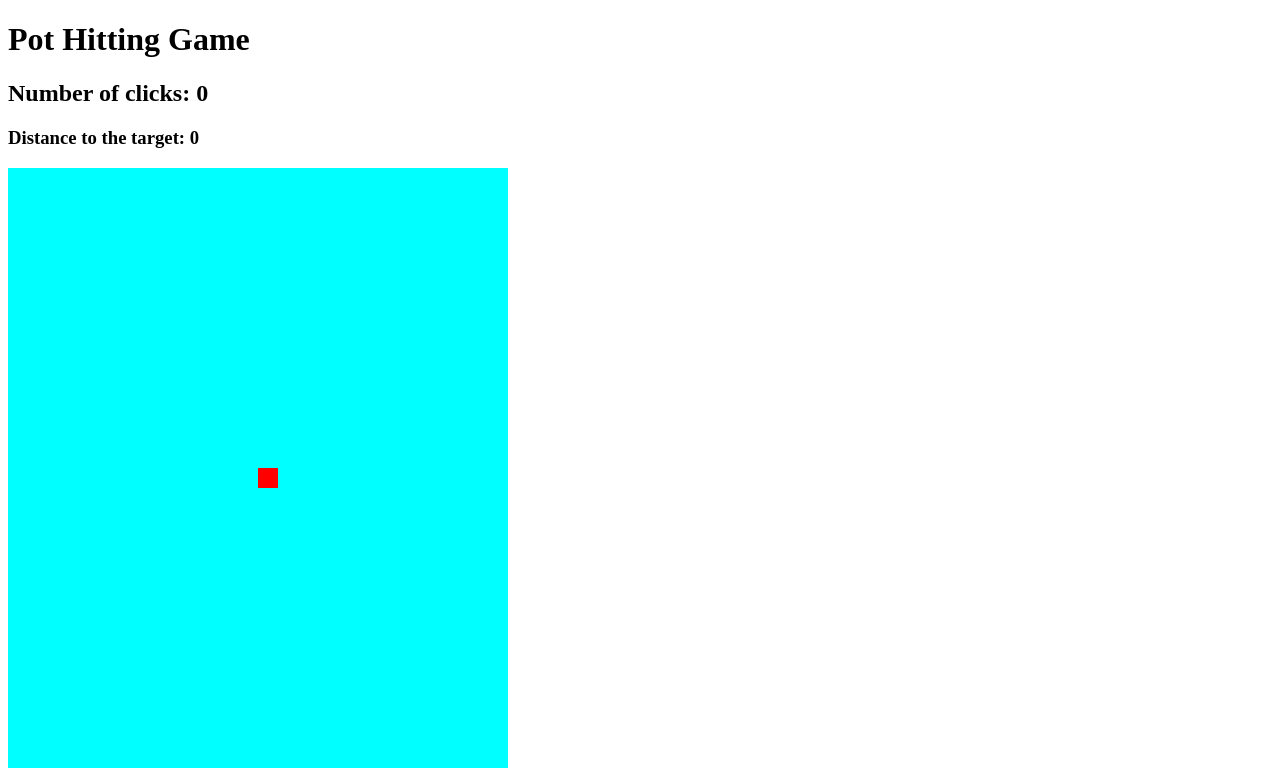
Repository: manojsatya/Web_development
Page: PotHitting_game/index.html
The author's editor kept a copy of each file at every save. The page is drawn from the files as they stood at one save, then again after the next save.
The browser window is 1280 px wide. The pictures show the whole page.

Above is the page before, as saved 2019-06-03 11:33:41.

### PotHitting_game/index.html
<!DOCTYPE html>
<html lang="en">
<head>
    <meta charset="UTF-8">
    <meta name="viewport" content="width=device-width, initial-scale=1.0">
    <meta http-equiv="X-UA-Compatible" content="ie=edge">
    <title>Pot Hitting Game</title>

    <link rel="stylesheet" href="potplay.css">
</head>
<body>

    <h1 class="head">Pot Hitting Game</h1>
    <h2> Number of clicks: <span id="clicks">0</span></h2>
    <h3>Distance to the target: <span>0</span></h3>
    <div onclick="showCoords(event)" class="playarea">  </div>
    <div class="target"></div>

    <!-- <h2 onclick="showCoords(event)">Click this heading to get the x (horizontal) and y (vertical) coordinates of the mouse pointer when it was clicked.</h2>

    <p><strong>Tip:</strong> Try to click different places in the heading.</p>
 -->
    <p id="demo"></p>

    <script src="potplay.js"></script>


</body>
</html>

### PotHitting_game/potplay.css
.playarea{
    position: absolute;
    width: 500px;
    height: 600px;
    background-color: aqua;
    text-align: center;
    margin: 0 auto;
}


/* .head{
    text-align: center;
} */

.target{
    position: relative;
    width: 20px;
    height: 20px;
    background-color:red;
    top: 300px;
    left: 250px;

}

### PotHitting_game/potplay.js
var playarea = document.querySelector(".playarea");
var targetarea = document.querySelector(".target");
var clicktext = document.getElementById("clicks");
var x;
var y;


var clickCount = 0;

playarea.addEventListener("click", function(){
    clickCount++ ;
    clicktext.textContent = clickCount;
    /* var coor = "X coords: " + x + ", Y coords: " + y;
    console.log(coor); */
});

targetarea.addEventListener("click", function(){
    alert("Clicked the target area");
});

function showCoords(event) {
    x = event.clientX;
    y = event.clientY;
    var coords = "X coords: " + x + ", Y coords: " + y;

    console.log(coords);

    //document.getElementById("demo").innerHTML = coords;
  }

After the next save:
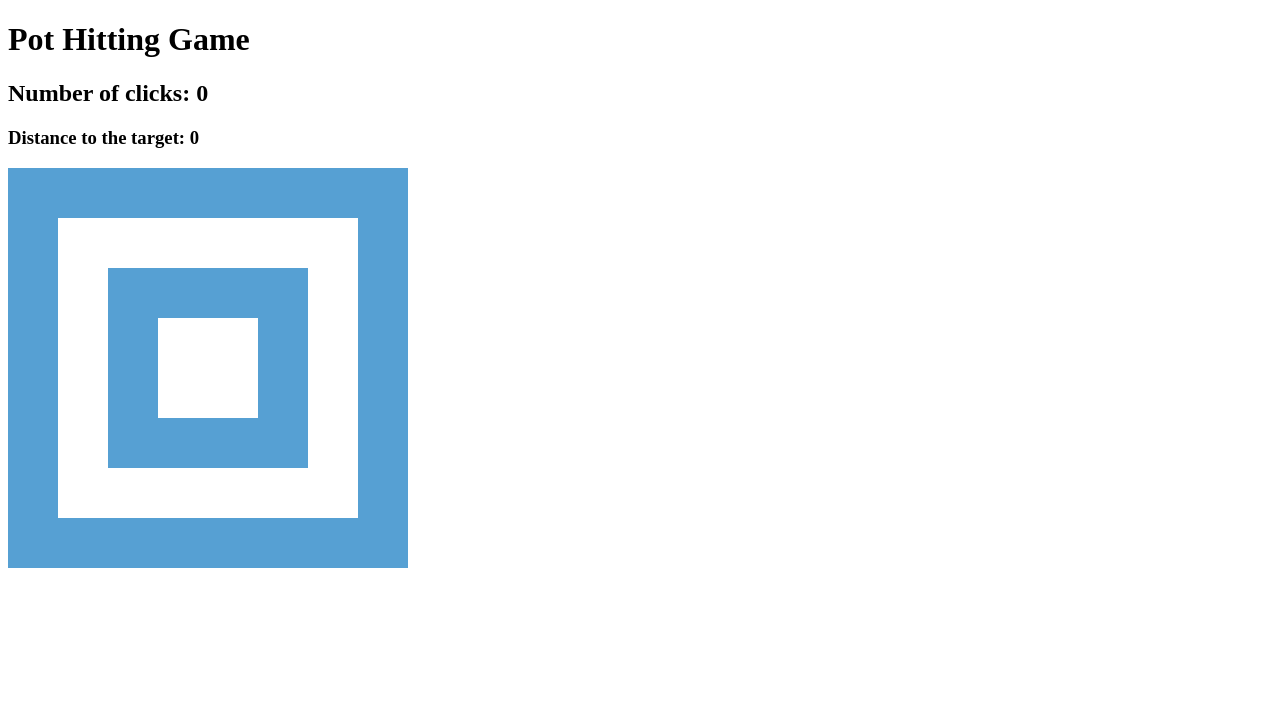
Console error: TypeError: Cannot read properties of null (reading 'addEventListener')
Saved 7 min 35 s later.
--- a/PotHitting_game/index.html
+++ b/PotHitting_game/index.html
@@ -13,13 +13,20 @@
     <h1 class="head">Pot Hitting Game</h1>
     <h2> Number of clicks: <span id="clicks">0</span></h2>
     <h3>Distance to the target: <span>0</span></h3>
-    <div onclick="showCoords(event)" class="playarea">  </div>
-    <div class="target"></div>
+    <!-- <div onclick="showCoords(event)" class="playarea">  </div>
+    <div class="target"></div> -->
 
     <!-- <h2 onclick="showCoords(event)">Click this heading to get the x (horizontal) and y (vertical) coordinates of the mouse pointer when it was clicked.</h2>
 
     <p><strong>Tip:</strong> Try to click different places in the heading.</p>
  -->
+
+ <svg class="logo" width="400" height="400" viewBox="0 0 400 400">
+        <rect class="mono" x="0" y="0" width="400" height="400" fill="#56A0D3" />
+        <rect x="50" y="50" width="300" height="300" fill="#ffffff" />
+        <rect class="mono" x="100" y="100" width="200" height="200" fill="#56A0D3" />
+        <rect x="150" y="150" width="100" height="100" fill="#fff" />
+      </svg>
     <p id="demo"></p>
 
     <script src="potplay.js"></script>

After the save that followed:
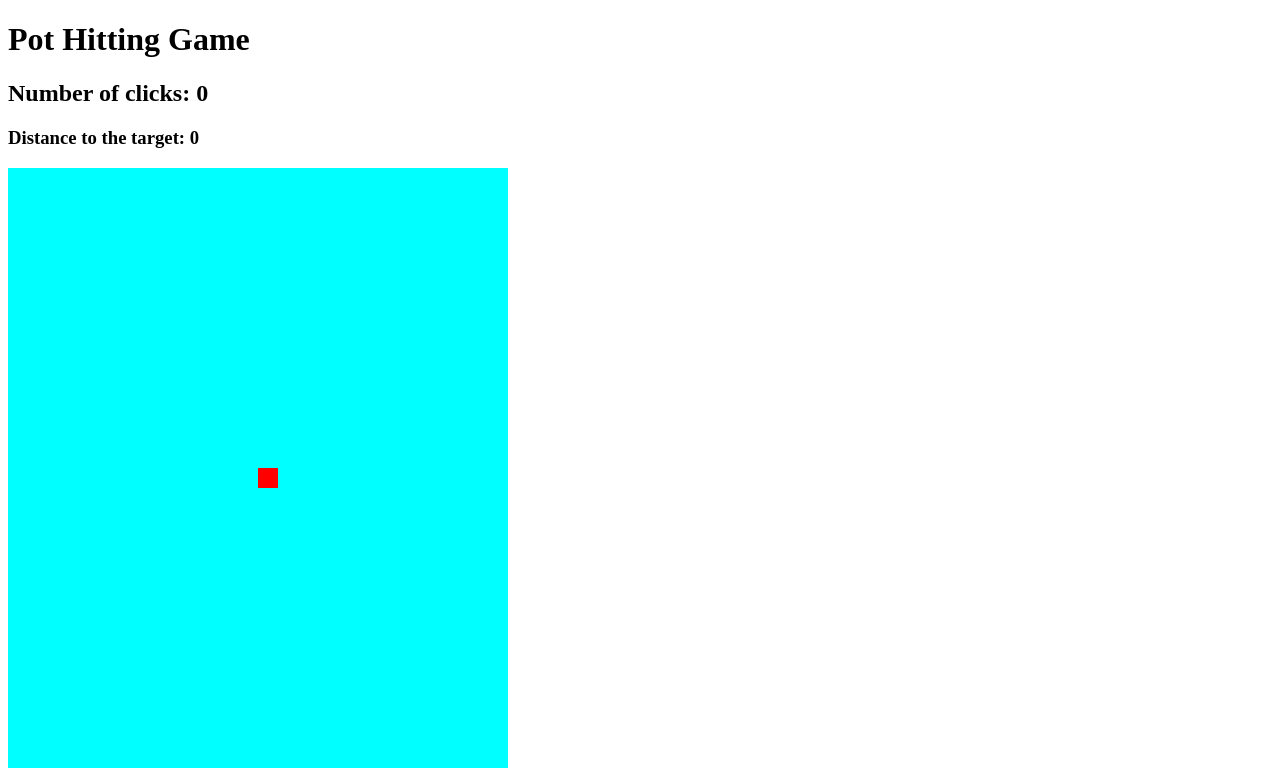
The error is gone.
Saved 72 s later.
--- a/PotHitting_game/index.html
+++ b/PotHitting_game/index.html
@@ -13,20 +13,13 @@
     <h1 class="head">Pot Hitting Game</h1>
     <h2> Number of clicks: <span id="clicks">0</span></h2>
     <h3>Distance to the target: <span>0</span></h3>
-    <!-- <div onclick="showCoords(event)" class="playarea">  </div>
-    <div class="target"></div> -->
+    <div onclick="showCoords(event)" class="playarea">  </div>
+    <div class="target"></div>
 
     <!-- <h2 onclick="showCoords(event)">Click this heading to get the x (horizontal) and y (vertical) coordinates of the mouse pointer when it was clicked.</h2>
 
     <p><strong>Tip:</strong> Try to click different places in the heading.</p>
  -->
-
- <svg class="logo" width="400" height="400" viewBox="0 0 400 400">
-        <rect class="mono" x="0" y="0" width="400" height="400" fill="#56A0D3" />
-        <rect x="50" y="50" width="300" height="300" fill="#ffffff" />
-        <rect class="mono" x="100" y="100" width="200" height="200" fill="#56A0D3" />
-        <rect x="150" y="150" width="100" height="100" fill="#fff" />
-      </svg>
     <p id="demo"></p>
 
     <script src="potplay.js"></script>
